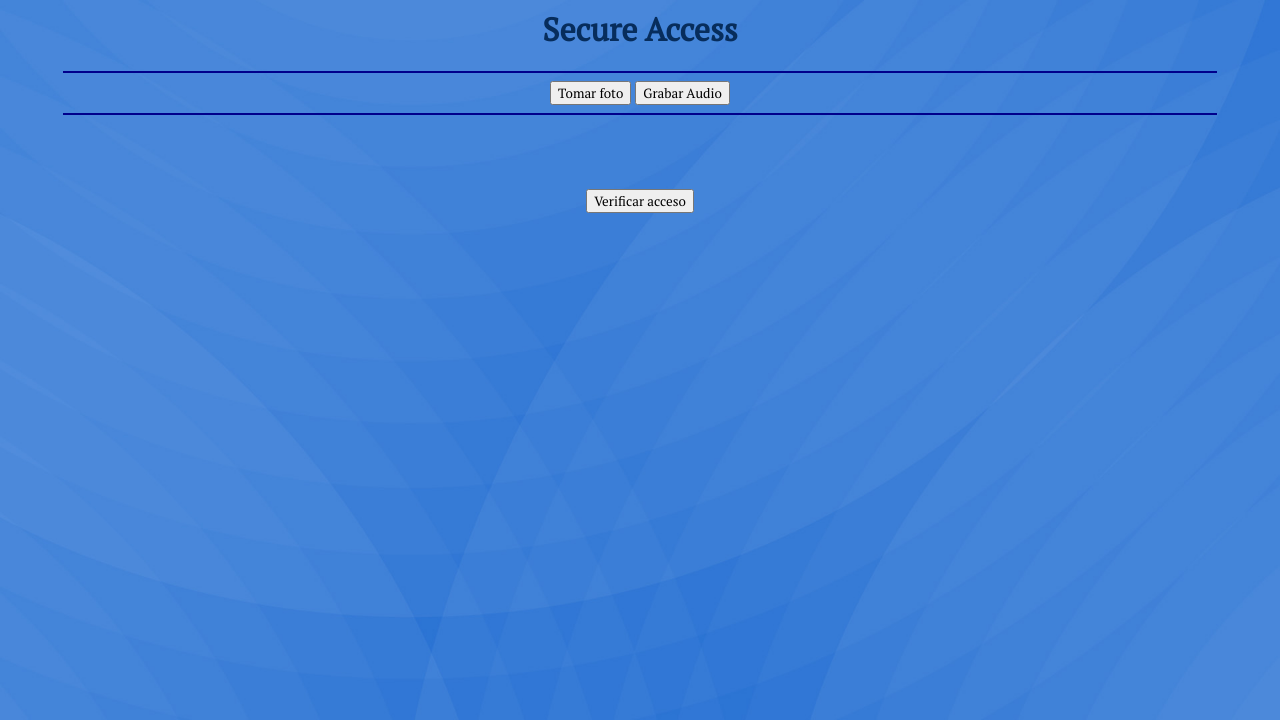
Repository: dabarreiroh/SECURE-ACCESS
Page: accessecure/templates/home/index.html
The author's editor kept a copy of each file at every save. The page is drawn from the files as they stood at one save, then again after the next save.
The browser window is 1280 px wide. The pictures show the whole page.

Above is the page before, as saved 2020-03-16 23:18:14.

After the next save:
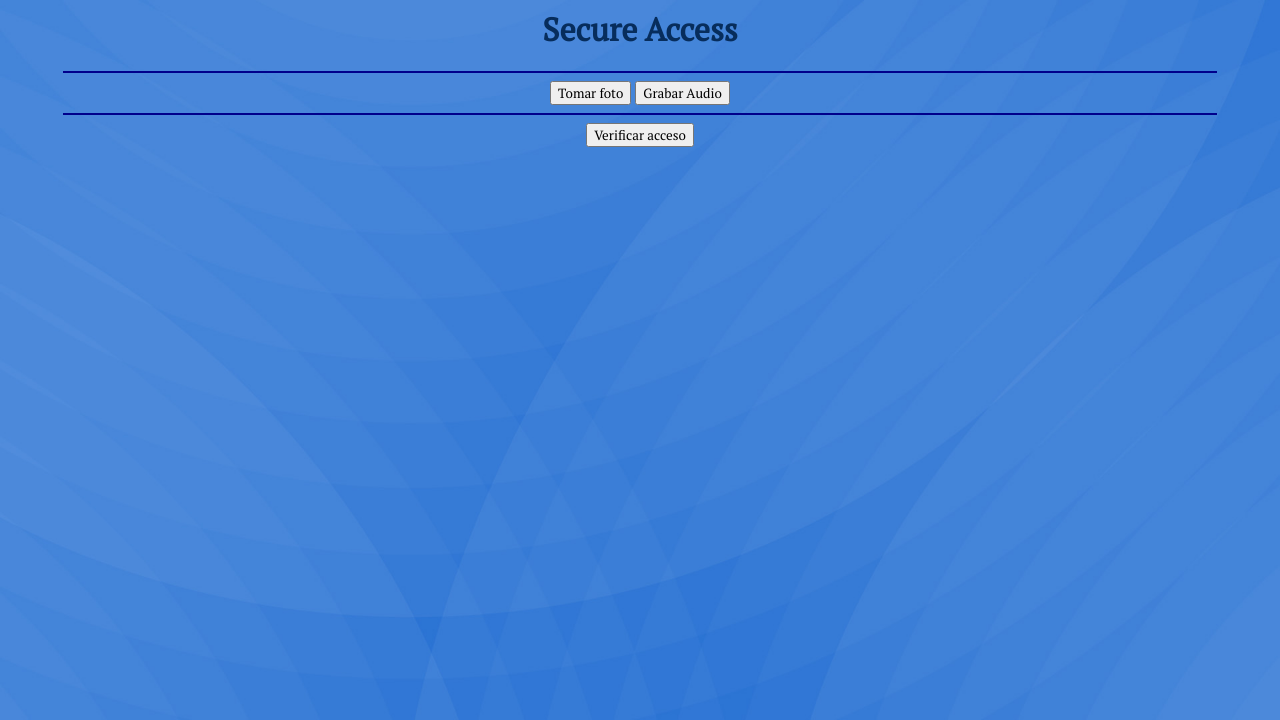
Saved 12 s later.
--- a/accessecure/templates/home/index.html
+++ b/accessecure/templates/home/index.html
@@ -12,10 +12,8 @@
 <input type="button" value="Grabar Audio" onClick="window.location.href='audio'">
 <hr>
 
-
-        <br><br><br>
-            <div>
-                <input type="button" value="Verificar acceso" onClick="window.location.href='verified'">
-            </div>
+<div>
+    <input type="button" value="Verificar acceso" onClick="window.location.href='verified'">
+</div>
 </body>
 </html>
